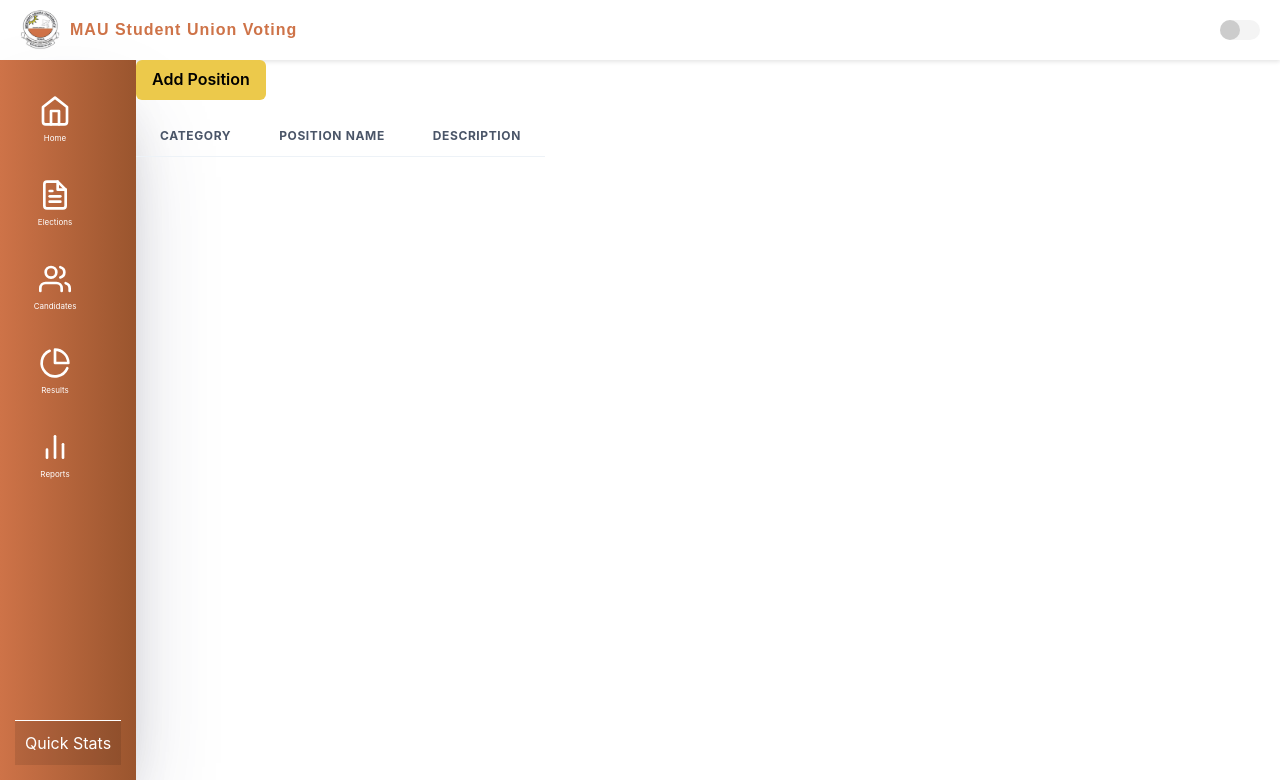
Repository: joena1o/e-vote
Page: /ElectionCommittee-dashboard/election-list
These files come from the project's save history. The page is drawn as it stood at one moment and after the next save; the edit follows.
The browser window is 1280 px wide. The pictures show the whole page.
The project was rebuilt for these pictures with package versions that can differ from the ones it lists, and the page was loaded fresh each time. Also part of the build but not shown: src/components/EnhancedLogin.js, src/components/maincontent/RegisterStudents/ManageStudents.js, src/components/maincontent/RegisterStudents/RegisterStudents.js, src/components/maincontent/RegisterStudents/StudentManagement.js, src/components/maincontent/ElectionResults/ViewResults.js, src/components/maincontent/Settings/Settings.js, src/api/index.js, src/components/maincontent/home/Home.styles.js and 16 more.

Above is the page before, as saved 2023-10-27 02:37:33.

### src/index.js
import React from 'react';
import ReactDOM from 'react-dom/client';
import './index.css';
import App from './App';
import reportWebVitals from './reportWebVitals';
import Modal from 'react-modal';

// Set the app element for the modal for accessibility purposes
Modal.setAppElement('#root');

const root = ReactDOM.createRoot(document.getElementById('root'));
root.render(
  <React.StrictMode>
    <App />
  </React.StrictMode>
);

// If you want to start measuring performance in your app, pass a function
// to log results (for example: reportWebVitals(console.log))
// or send to an analytics endpoint. Learn more: https://bit.ly/CRA-vitals
reportWebVitals();

### src/App.js
import React from 'react';
import { BrowserRouter as Router, Routes, Route, Navigate } from 'react-router-dom';
import EnhancedLogin from './components/EnhancedLogin';
import AdminDashboard from './components/AdminDashboard';
import StudentDashboard from './components/StudentDashboard';
import { ChakraProvider, ColorModeProvider, Button, useColorMode } from '@chakra-ui/react';
import { Provider } from 'react-redux';
import store from './Redux/store';
import ElectionCommitteeDashboard from './components/maincontent/ElectionCommitteeDashboard';

// Component to toggle dark mode
function DarkModeToggle() {
  const { colorMode, toggleColorMode } = useColorMode();
  return (
    <Button onClick={toggleColorMode} position="fixed" m={4} zIndex={10}>
      Toggle {colorMode === 'light' ? 'Dark' : 'Light'}
    </Button>
  );
}

function App() {
  // Check if the current route is not the "/login" route, then render the DarkModeToggle
  // const isLoginPage = window.location.pathname === '/login';

  return (
    <Provider store={store}>
      <ChakraProvider>
        <ColorModeProvider options={{ useSystemColorMode: true }}>
          <Router>
            <Routes>
              {/* Define your routes */}
              <Route path="/login" element={<EnhancedLogin />} />
              <Route path="/admin-dashboard/*" element={<AdminDashboard />} />
              <Route path="/ElectionCommittee-dashboard/*" element={<ElectionCommitteeDashboard />} />
              <Route path='/student-dashboard/*' element={<StudentDashboard />} />
              {/* Redirect root to /admin-dashboard */}
              <Route path="/" element={<Navigate to="/admin-dashboard" replace />} />
            </Routes>
          </Router>
          {/* Render DarkModeToggle only if not on the "/login" page */}
          {/* {!isLoginPage && <DarkModeToggle />} */}
        </ColorModeProvider>
      </ChakraProvider>
    </Provider>
  );
}

export default App;

### src/Redux/store.js
import { configureStore } from '@reduxjs/toolkit';
import electionReducer from './electionSlice';
import studentsReducer from './studentsSlice';
import candidatesReducer from './CandidateSlice'; // Import the candidates reducer

const store = configureStore({
  reducer: {
    elections: electionReducer,
    students: studentsReducer,
    candidates: candidatesReducer, // Add the candidates reducer here
  },
});

export default store;

### src/components/maincontent/ElectionCommitteeDashboard.js
// ElectionCommitteeDashboard.js
import React from 'react';
import { Routes, Route } from 'react-router-dom';
import ElectionCommitteeSidebar from './ElectionCommitteeSidebar';
import Navbar from '../Navbar';
import styled from 'styled-components';
import ElectionList from './ManageElections/ElectionList';
import ViewResults from './ElectionResults/ViewResults';
import ElectionCommitteeHome from './home/ElectionCommitteeHome';
import CandidatesScreening from './CandidateScreening/CandidateScreening';



const Container = styled.div`
  display: flex;
  flex-direction: column;
  height: 100vh;
  width: 100%;
`;

const Content = styled.div`
  display: flex;
  flex: 1;
`;

const ElectionCommitteeDashboard = () => {
  return (
    <Container>
      <Navbar />
      <Content>
        <ElectionCommitteeSidebar />
        <Routes>
          <Route index element={<ElectionCommitteeHome />} />

          <Route path="election-list" element={<ElectionList />} />
          <Route path="candidates-screening" element={<CandidatesScreening />} />
          <Route path="view-results" element={<ViewResults />} />

        </Routes>
      </Content>
    </Container>
  );
};

export default ElectionCommitteeDashboard;

### src/components/Navbar.js
import React from 'react';
import styled, { createGlobalStyle } from 'styled-components';
import logo from '../assets/school_logo.jpg';
import { useColorMode } from '@chakra-ui/react';

const GlobalStyle = createGlobalStyle`
  body {
    background-color: ${props => (props.theme === 'dark' ? '#333' : '#fff')};
    color: ${props => (props.theme === 'dark' ? '#fff' : '#000')}; // Set other component texts to black in light mode
  }
`;

const Header = styled.header`
  background: ${props => (props.theme === 'dark' ? '#333' : '#fff')};
  color: ${props => (props.theme === 'dark' ? '#fff' : '#ce7348')}; // Set navbar text to brown in light mode
  padding: 10px 20px;
  display: flex;
  align-items: center;
  justify-content: flex-start;
  box-shadow: 0px 2px 4px rgba(0, 0, 0, 0.1);
  font-family: 'Poppins', sans-serif;
`;


const Logo = styled.img`
  width: 40px;
  height: 40px;
  border-radius: 20px;
  margin-right: 10px;
`;

const Title = styled.h1`
  margin: 0;
  padding: 0;
  font-size: 1rem;
  font-weight: 600;
  letter-spacing: 1px;
`;

const ToggleSlider = styled.label`
  display: flex;
  align-items: center;
  cursor: pointer;
  margin-left: auto;
`;

const SliderInput = styled.input.attrs({ type: 'checkbox' })`
  display: none;
`;

const Slider = styled.div`
  width: 40px;
  height: 20px;
  background-color: ${props => (props.theme === 'dark' ? '#333' : '#f4f4f4')};
  border-radius: 20px;
  position: relative;
  transition: background-color 0.3s ease;
  cursor: pointer;

  &::after {
    content: '';
    width: 20px;
    height: 20px;
    border-radius: 50%;
    background-color: ${props => (props.theme === 'dark' ? '#fff' : '#ccc')};
    position: absolute;
    top: 50%;
    transform: translateY(-50%);
    left: ${props => (props.theme === 'dark' ? '20px' : '0')};
    transition: left 0.3s ease;
  }
`;

function Navbar() {
  const { colorMode, toggleColorMode } = useColorMode();

  return (
    <>
      <GlobalStyle theme={colorMode} />
      <Header theme={colorMode}>
        <Logo src={logo} alt="University Logo" />
        <Title>MAU Student Union Voting</Title>
        <ToggleSlider>
          <SliderInput type="checkbox" onChange={toggleColorMode} />
          <Slider theme={colorMode} />
        </ToggleSlider>
      </Header>
    </>
  );
}

export default Navbar;

### src/Redux/electionSlice.js
/*import { createSlice, createAsyncThunk } from '@reduxjs/toolkit';
import { API, graphqlOperation } from 'aws-amplify';
import { createElection as createElectionAPI } from '../graphql/mutations';

export const createElection = createAsyncThunk(
  'elections/createElection',
  async (election, { rejectWithValue }) => {
    try {
      const result = await API.graphql(graphqlOperation(createElectionAPI, { input: election }));
      return result.data.createElection;
    } catch (error) {
      return rejectWithValue(error);
    }
  }
);

const electionSlice = createSlice({
  name: 'elections',
  initialState: [],
  reducers: {},
  extraReducers: (builder) => {
    builder.addCase(createElection.fulfilled, (state, action) => {
      state.push(action.payload);
    });
  },
});

export default electionSlice.reducer;
*/

### src/Redux/studentsSlice.js
import { createSlice } from '@reduxjs/toolkit';

export const studentsSlice = createSlice({
  name: 'students',
  initialState: [],
  reducers: {
    addStudents: (state, action) => {
      // Add students to the Redux store
      action.payload.forEach(student => {
        state.push(student);
      });
    },
  },
});

export const { addStudents } = studentsSlice.actions;

export default studentsSlice.reducer;

### src/Redux/CandidateSlice.js

import { createSlice } from '@reduxjs/toolkit';

export const candidatesSlice = createSlice({
  name: 'candidates',
  initialState: [],
  reducers: {
    setCandidates: (state, action) => {
      return action.payload;
    },
  },
});

export const { setCandidates } = candidatesSlice.actions;
export default candidatesSlice.reducer;

### src/components/maincontent/ElectionCommitteeSidebar.js
import React from 'react';
import styled from 'styled-components';
import { Link } from 'react-router-dom';
import { FiHome, FiFileText, FiUsers, FiPieChart, FiBarChart2, FiTrendingUp } from 'react-icons/fi';
import { useColorMode } from '@chakra-ui/react';


const SidebarContainer = styled.nav`
  background: ${props => (props.theme === 'dark' ? '#333' : 'linear-gradient(to right, #ce7348, #9a552e)')};
  padding: 15px;
  height: 100vh;
  color: #fff;
  box-shadow: rgba(50, 50, 93, 0.25) 0px 50px 100px -20px, rgba(0, 0, 0, 0.3) 0px 30px 60px -30px;
  display: flex;
  flex-direction: column;
`;

const LinkList = styled.ul`
  list-style-type: none;
  padding: 0;
  flex: 1;
`;

const StyledLink = styled(Link)`
  text-decoration: none;
  color: #fff;
  display: flex;
  flex-direction: column;
  align-items: center;
  transition: color 0.3s ease;
  margin-bottom: 15px;
  cursor: pointer;
  font-size: 0.5rem;

  &:hover {
    color: #fce364;
  }

  width: 80px;
  text-align: center;
  word-wrap: break-word;
  overflow-wrap: break-word;
`;

const LinkItem = styled.li`
  display: flex;
  align-items: center;
  margin-top: 20px;
`;

const Icon = styled.div`
  font-size: 2rem;
  color: #fff;

  margin-bottom: 5px;

  ${StyledLink}:hover & {
    color: #fce364;
  }
`;

const QuickStats = styled.div`
  margin-top: auto;
  padding: 10px;
  background: rgba(0, 0, 0, 0.1);
  border-top: 1px solid #fff;
`;

function ElectionCommitteeSidebar() {
  const { colorMode } = useColorMode();

  return (
    <SidebarContainer theme={colorMode}>
      <LinkList>
        <LinkItem>
          <StyledLink to="/ElectionCommittee-dashboard">
            <Icon><FiHome /></Icon>
            Home
          </StyledLink>
        </LinkItem>
        <LinkItem>
          <StyledLink to="/ElectionCommittee-dashboard/election-list">
            <Icon><FiFileText /></Icon>
            Elections
          </StyledLink>
        </LinkItem>
        <LinkItem>
          <StyledLink to="/ElectionCommittee-dashboard/candidates-screening">
            <Icon><FiUsers /></Icon>
            Candidates
          </StyledLink>
        </LinkItem>
        <LinkItem>
          <StyledLink to="/ElectionCommittee-dashboard/view-results">
            <Icon><FiPieChart /></Icon>
            Results
          </StyledLink>
        </LinkItem>
        <LinkItem>
          <StyledLink to="/reports">
            <Icon><FiBarChart2 /></Icon>
            Reports
          </StyledLink>
        </LinkItem>
      </LinkList>
      <QuickStats>
        <h3>Quick Stats</h3>
        {/* Here you can place any quick statistics or relevant data for the admin */}
      </QuickStats>
    </SidebarContainer>
  );
}

export default ElectionCommitteeSidebar;

### src/components/maincontent/ManageElections/ElectionList.js
import React, { useState } from 'react';
import {
  Box,
  Button,
  Table,
  Thead,
  Tbody,
  Tr,
  Th,
  Td,
  Modal,
  ModalOverlay,
  ModalContent,
  ModalHeader,
  ModalFooter,
  ModalBody,
  ModalCloseButton,
  FormControl,
  FormLabel,
  Input,
  VStack,
} from '@chakra-ui/react';
import Select from 'react-select';

const PositionList = () => {
  const [positions, setPositions] = useState([]);
  const [isModalOpen, setIsModalOpen] = useState(false);

  const initialPositions = {
    General: [
      { name: 'President', description: 'Description for President' },
      { name: 'Vice President', description: 'Description for Vice President' },
    ],
    Faculty: [],
    Departmental: [],
    Hall: [],
  };

  const [newPosition, setNewPosition] = useState({
    category: 'General',
    name: '',
    description: '',
  });

  const openModal = () => {
    setIsModalOpen(true);
  };

  const closeModal = () => {
    setIsModalOpen(false);
  };

  const handleSubmit = () => {
    const updatedPositions = { ...positions };
    updatedPositions[newPosition.category].push({
      name: newPosition.name,
      description: newPosition.description,
    });
    setPositions(updatedPositions);
    setNewPosition({ category: 'General', name: '', description: '' });
    closeModal();
  };

  const categoryOptions = [
    { value: 'General', label: 'General' },
    { value: 'Faculty', label: 'Faculty' },
    { value: 'Departmental', label: 'Departmental' },
    { value: 'Hall', label: 'Hall' },
  ];

  return (
    <Box>
      <Button onClick={openModal} colorScheme="yellow">
        Add Position
      </Button>

      <Table variant="simple" mt={4}>
        <Thead>
          <Tr>
            <Th>Category</Th>
            <Th>Position Name</Th>
            <Th>Description</Th>
          </Tr>
        </Thead>
        <Tbody>
          {Object.keys(positions).map((category) =>
            positions[category].map((position, index) => (
              <Tr key={index}>
                <Td>{category}</Td>
                <Td>{position.name}</Td>
                <Td>{position.description}</Td>
              </Tr>
            ))
          )}
        </Tbody>
      </Table>

      <Modal isOpen={isModalOpen} onClose={closeModal}>
        <ModalOverlay />
        <ModalContent>
          <ModalHeader>Add Position</ModalHeader>
          <ModalCloseButton />
          <ModalBody>
            <VStack spacing={4}>
              <FormControl>
                <FormLabel>Category</FormLabel>
                <Select
                  options={categoryOptions}
                  value={{ value: newPosition.category, label: newPosition.category }}
                  onChange={(option) => setNewPosition({ ...newPosition, category: option.value })}
                />
              </FormControl>
              <FormControl>
                <FormLabel>Position Name</FormLabel>
                <Input
                  type="text"
                  placeholder="Enter position name"
                  value={newPosition.name}
                  onChange={(e) => setNewPosition({ ...newPosition, name: e.target.value })}
                />
              </FormControl>
              <FormControl>
                <FormLabel>Description</FormLabel>
                <Input
                  type="text"
                  placeholder="Enter description"
                  value={newPosition.description}
                  onChange={(e) =>
                    setNewPosition({ ...newPosition, description: e.target.value })
                  }
                />
              </FormControl>
            </VStack>
          </ModalBody>
          <ModalFooter>
            <Button colorScheme="yellow" onClick={handleSubmit}>
              Add
            </Button>
            <Button onClick={closeModal}>Cancel</Button>
          </ModalFooter>
        </ModalContent>
      </Modal>
    </Box>
  );
};

export default PositionList;

Loaded but not shown: public/index.html (common file); src/index.css (common file); src/reportWebVitals.js (common file)

After the next save:
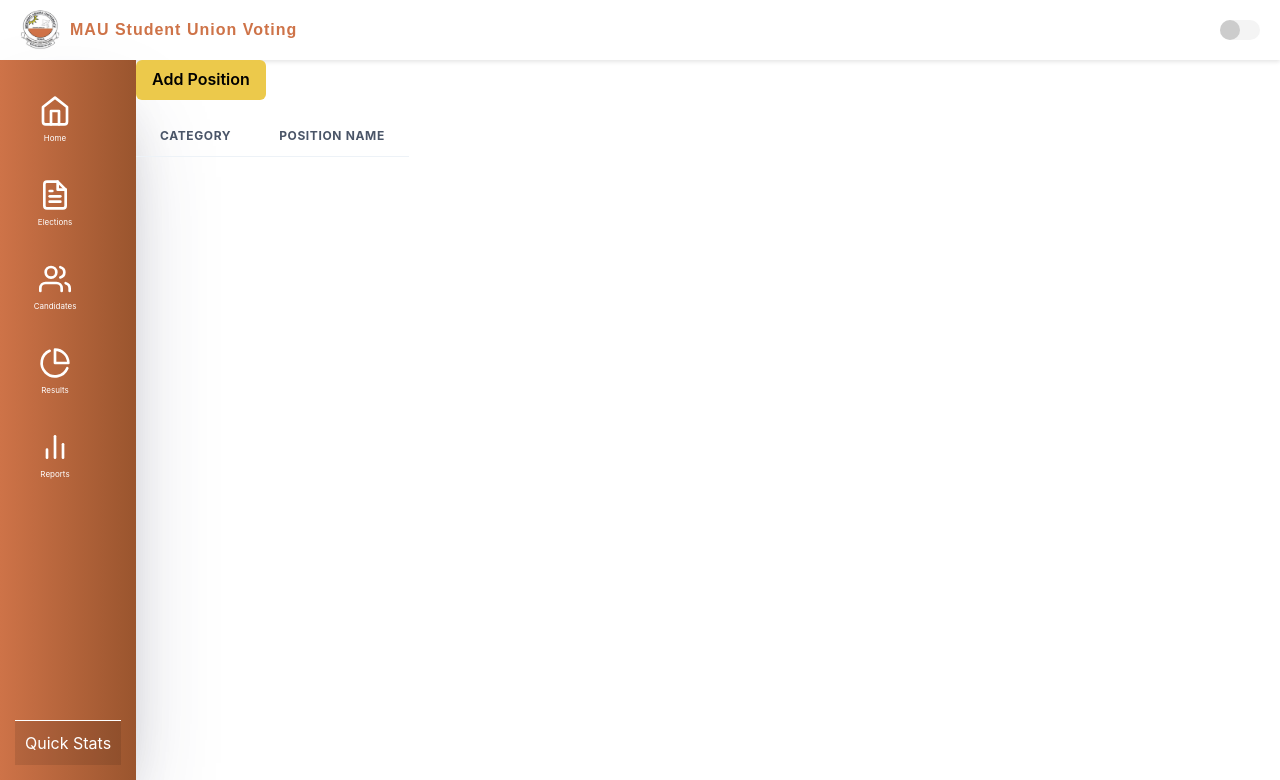
Saved 76 s later.
--- a/src/components/maincontent/ManageElections/ElectionList.js
+++ b/src/components/maincontent/ManageElections/ElectionList.js
@@ -28,8 +28,8 @@ const PositionList = () => {
 
   const initialPositions = {
     General: [
-      { name: 'President', description: 'Description for President' },
-      { name: 'Vice President', description: 'Description for Vice President' },
+      { name: 'President' },
+      { name: 'Vice President' },
     ],
     Faculty: [],
     Departmental: [],
@@ -39,7 +39,6 @@ const PositionList = () => {
   const [newPosition, setNewPosition] = useState({
     category: 'General',
     name: '',
-    description: '',
   });
 
   const openModal = () => {
@@ -54,10 +53,9 @@ const PositionList = () => {
     const updatedPositions = { ...positions };
     updatedPositions[newPosition.category].push({
       name: newPosition.name,
-      description: newPosition.description,
     });
     setPositions(updatedPositions);
-    setNewPosition({ category: 'General', name: '', description: '' });
+    setNewPosition({ category: 'General', name: '' });
     closeModal();
   };
 
@@ -79,7 +77,6 @@ const PositionList = () => {
           <Tr>
             <Th>Category</Th>
             <Th>Position Name</Th>
-            <Th>Description</Th>
           </Tr>
         </Thead>
         <Tbody>
@@ -88,7 +85,6 @@ const PositionList = () => {
               <Tr key={index}>
                 <Td>{category}</Td>
                 <Td>{position.name}</Td>
-                <Td>{position.description}</Td>
               </Tr>
             ))
           )}
@@ -119,17 +115,6 @@ const PositionList = () => {
                   onChange={(e) => setNewPosition({ ...newPosition, name: e.target.value })}
                 />
               </FormControl>
-              <FormControl>
-                <FormLabel>Description</FormLabel>
-                <Input
-                  type="text"
-                  placeholder="Enter description"
-                  value={newPosition.description}
-                  onChange={(e) =>
-                    setNewPosition({ ...newPosition, description: e.target.value })
-                  }
-                />
-              </FormControl>
             </VStack>
           </ModalBody>
           <ModalFooter>
